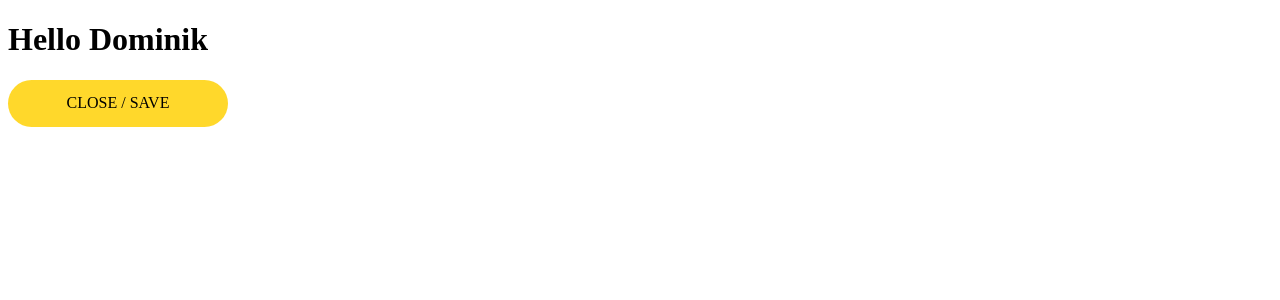
Repository: K009/entertainment-you-need
Page: /
The author's editor kept a copy of each file at every save. The page is drawn from the files as they stood at one save, then again after the next save.
The browser window is 1280 px wide. The pictures show the whole page.
The project was rebuilt for these pictures with package versions that can differ from the ones it lists, and the page was loaded fresh each time.

Above is the page before, as saved 2020-06-25 21:03:19.

After the next save:
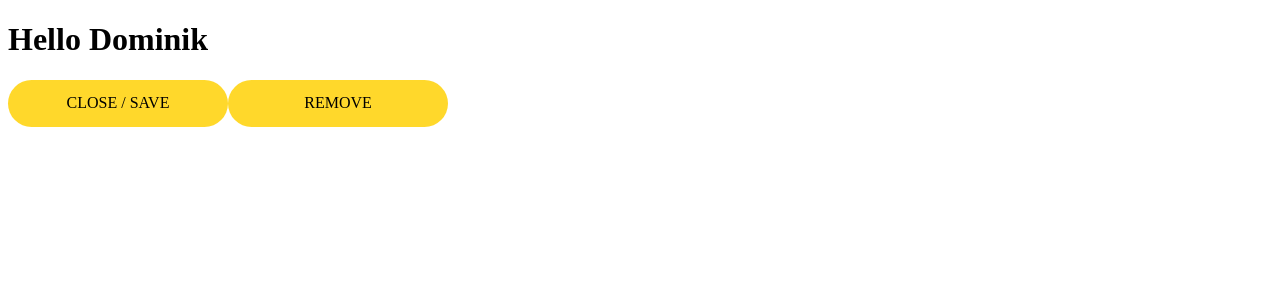
Saved 115 s later.
--- a/src/views/Root/Root.js
+++ b/src/views/Root/Root.js
@@ -6,6 +6,7 @@ const App = () => (
   <div>
     <h1>Hello Dominik</h1>
     <Button>Close / Save</Button>
+    <Button secondary>Remove</Button>
   </div>
 );
 
